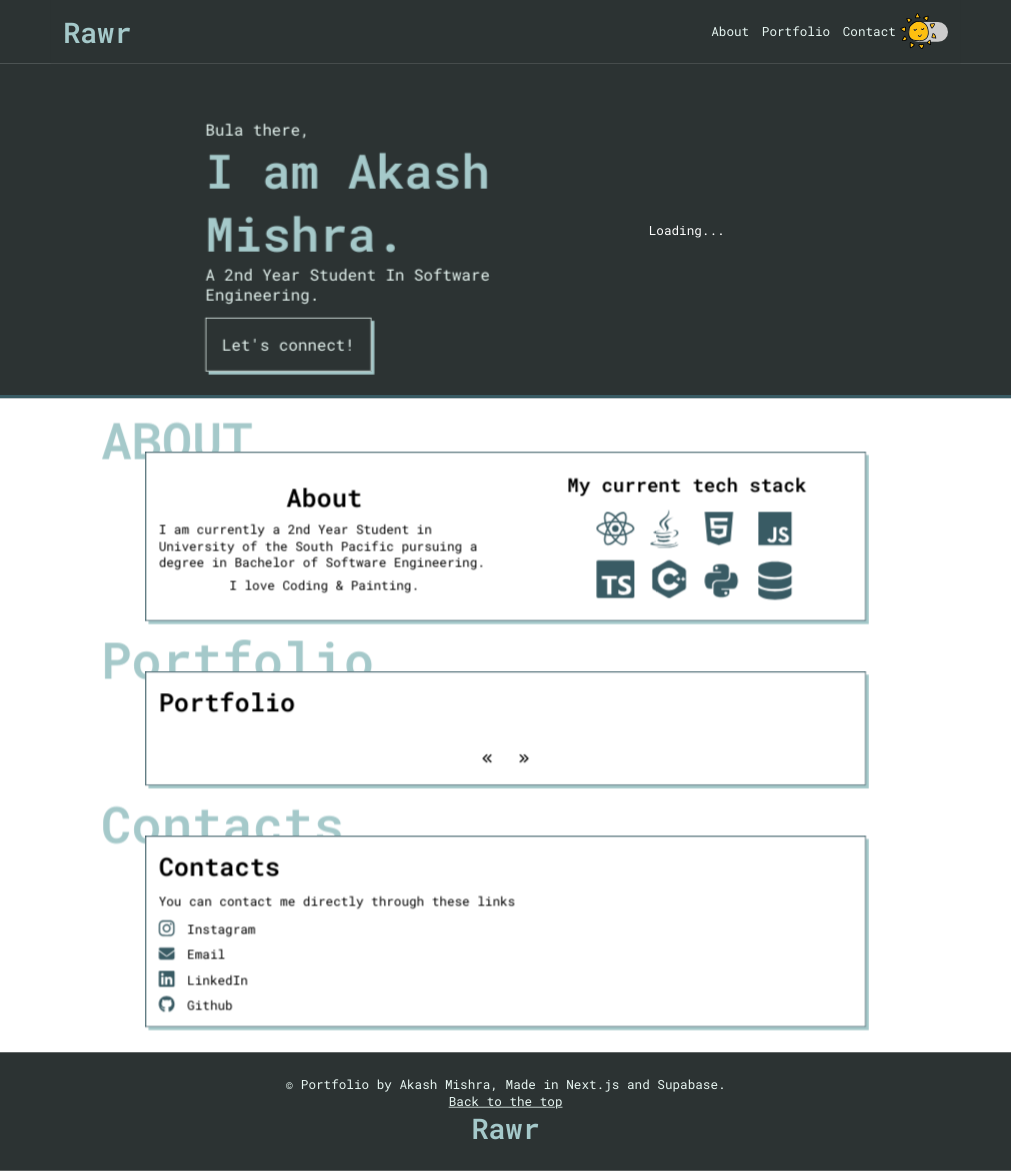
Repository: akashrawr/personal-portfolio
Page: /
The author's editor kept a copy of each file at every save. The page is drawn from the files as they stood at one save, then again after the next save.
The browser window is 1280 px wide. The pictures show the whole page, at 79% of full size.
The page's requests for data from a server got no answer. The project was rebuilt for these pictures with package versions that can differ from the ones it lists, and the page was loaded fresh each time. The framework's server and built-in components were replaced by stand-ins that run in the browser. No one was signed in, and anything a server would have sent is missing. Also part of the build but not shown: next.config.ts.

Above is the page before, as saved 2025-01-03 20:24:14.

After the next save:
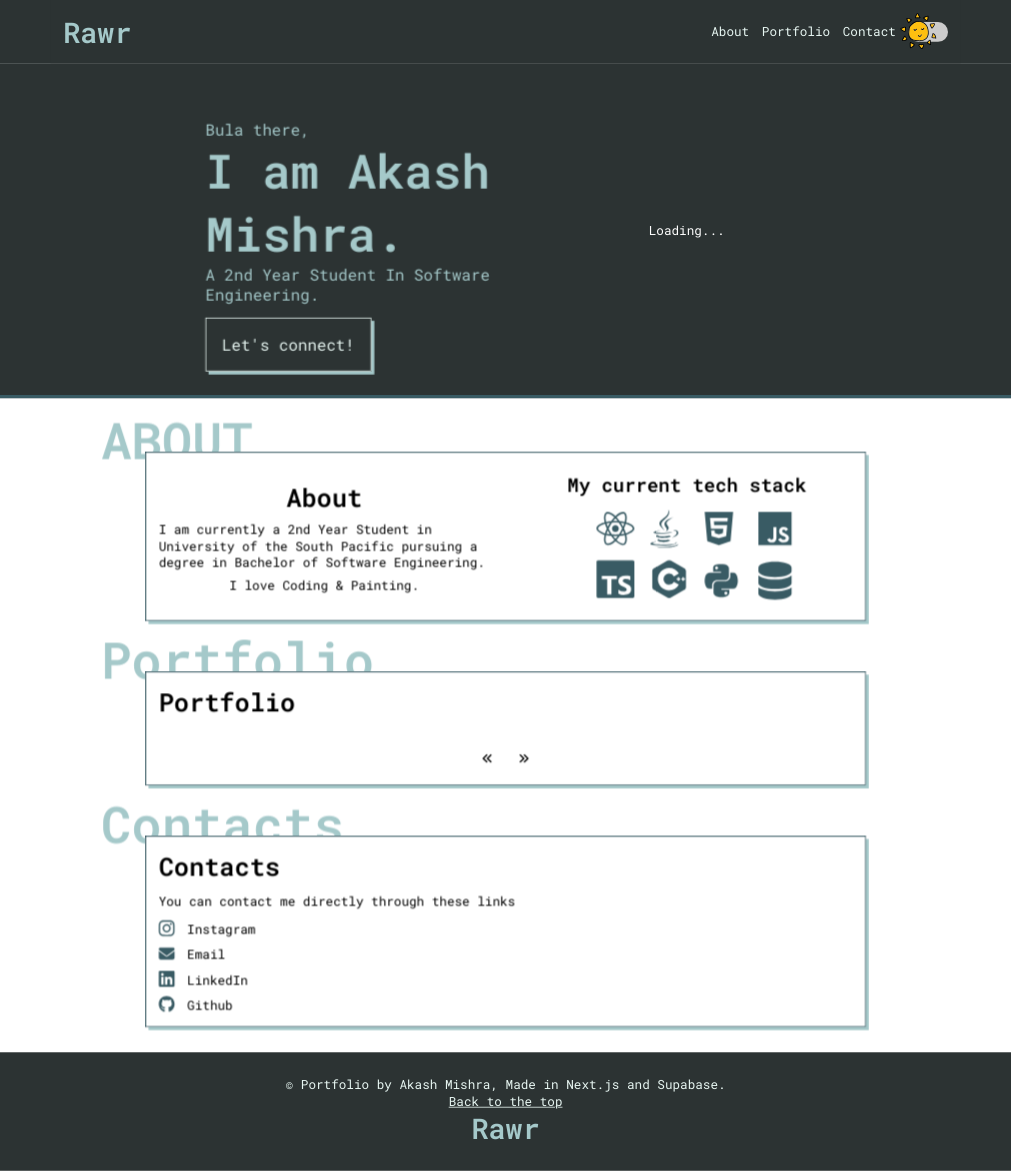
Saved 18 s later.
--- a/app/globals.css
+++ b/app/globals.css
@@ -317,6 +317,10 @@ color:white;
 
 }
 .hero-text-container > h2 {
+  font-size: 30px;
+  color: var(--accent-1);
+}
+.hero-text-container > p {
   font-size: 30px;
   color: var(--accent-1);
 }

After the save that followed:
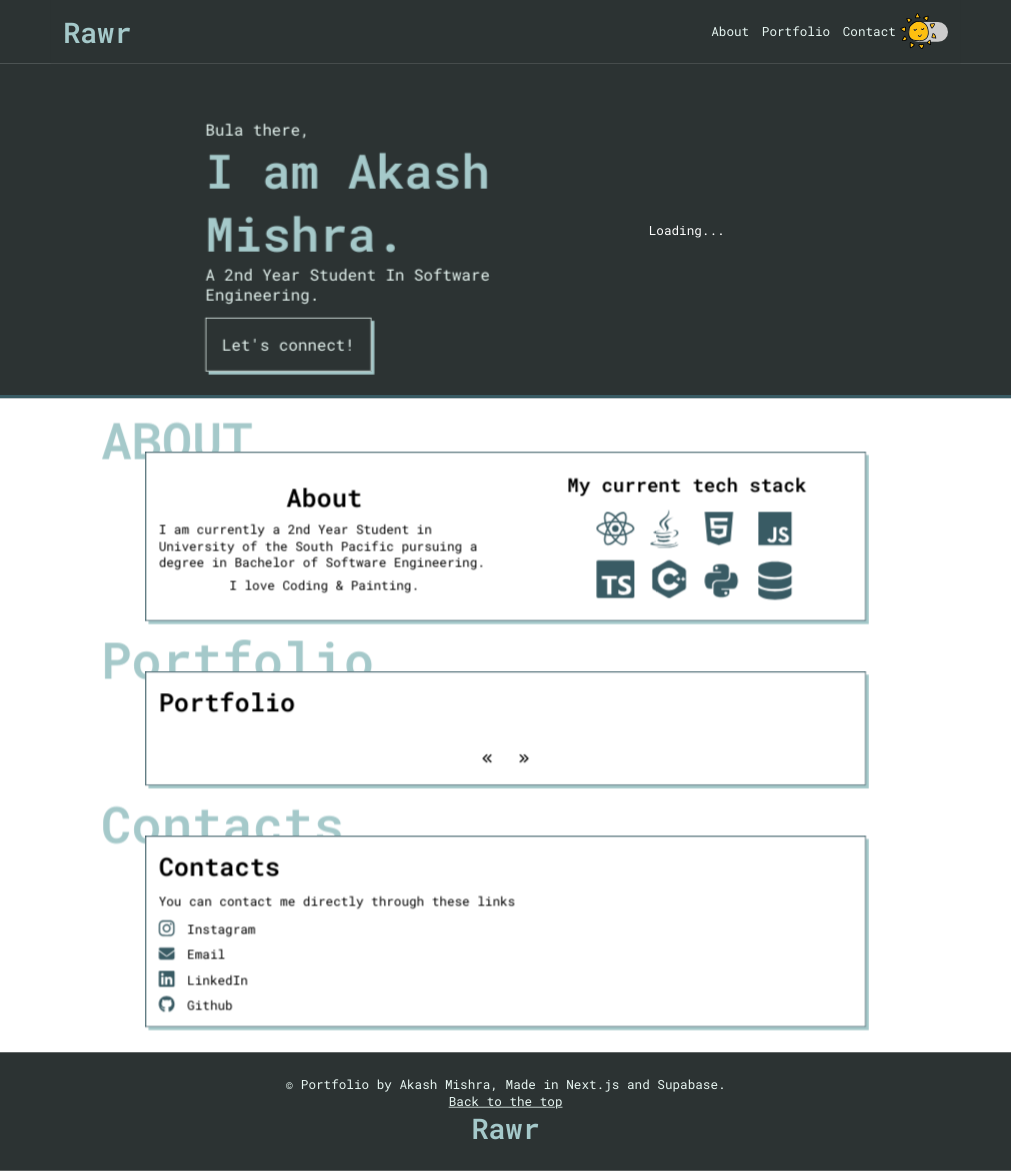
Saved 6 s later.
--- a/app/globals.css
+++ b/app/globals.css
@@ -322,7 +322,6 @@ color:white;
 }
 .hero-text-container > p {
   font-size: 30px;
-  color: var(--accent-1);
 }
 .project-card > h3 {
   font-size: 12px;
